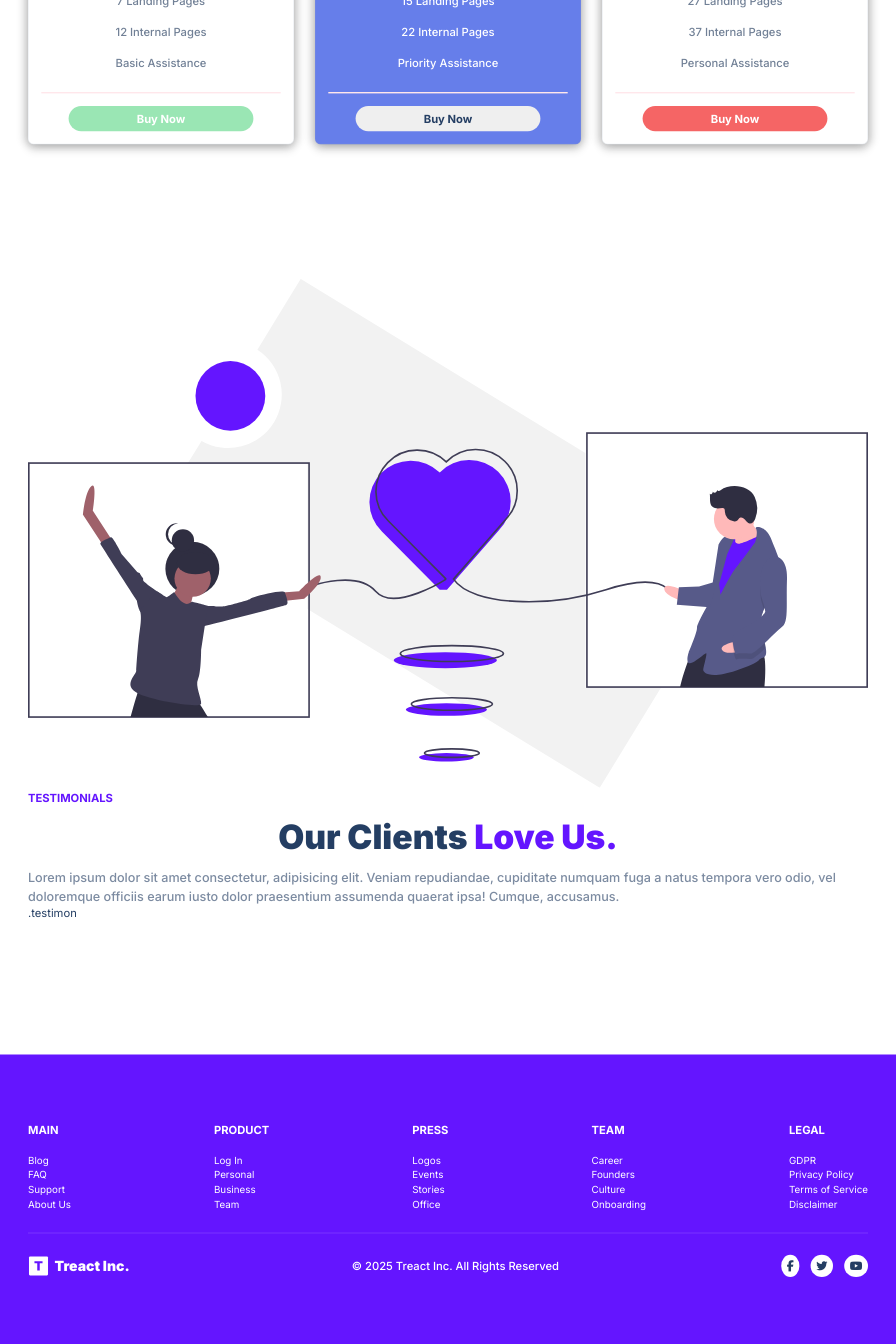
Repository: avivanguyen/m2_fianlProject
Page: index.html
An editor plug-in stored every save of this project. The page is shown before and after a run of saves, followed by the edit.
The browser window is 1280 px wide. The pictures show the part of the page from y = 4279 to 6199 px (the page is 6199 px tall before and 6179 px after), at 70% of full size.
Some web libraries are served in a nearby version.

Above is the page before, as saved 2025-12-11 11:18:31.

After the next 2 saves:
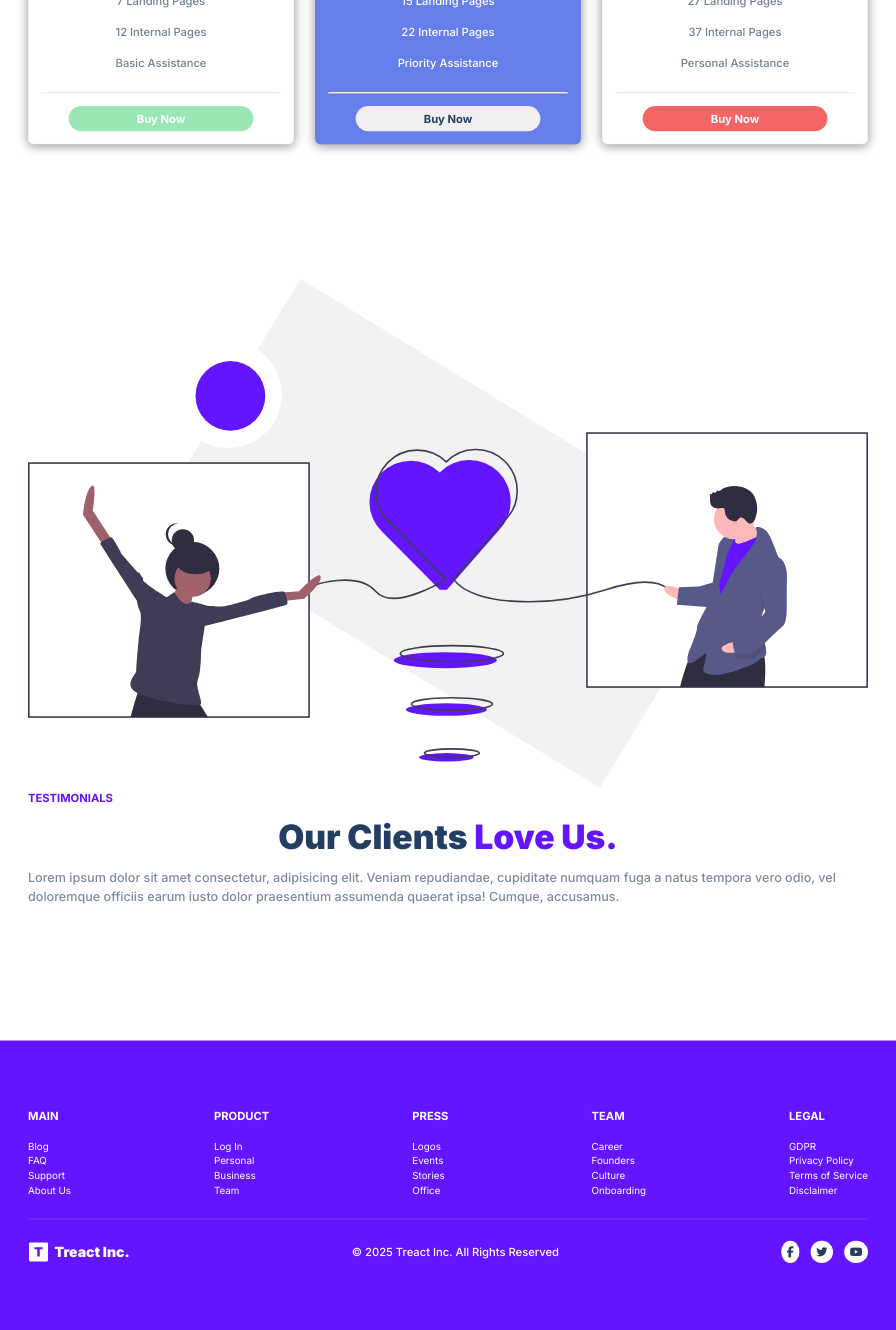
The 2 saves are shown as one change because they came seconds apart.
The last was saved 5 s later.
--- a/index.html
+++ b/index.html
@@ -324,7 +324,7 @@
                         <div class="section__title">Our Clients <span class="purple">Love Us.</span></div>
                         <div class="section__para">Lorem ipsum dolor sit amet consectetur, adipisicing elit. Veniam repudiandae, cupiditate numquam fuga a natus tempora vero odio, vel doloremque officiis earum iusto dolor praesentium assumenda quaerat ipsa! Cumque, accusamus.</div>
                         <div class="testimonial">
-                            .testimon
+                            <div class="testimonial__rating"></div>
                         </div>
                     </div>
                 </div>
